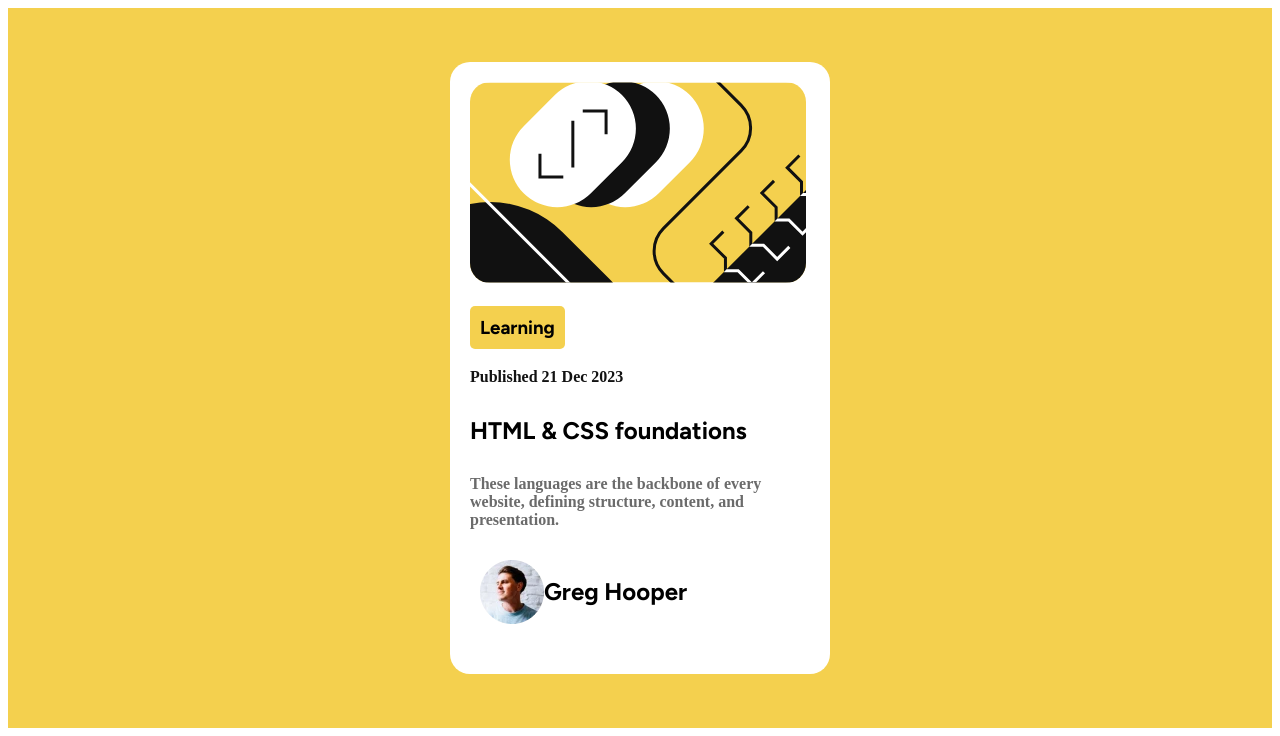
Repository: reemoon-ctrl/blog-preview-card
Page: index.html
These files come from the project's save history. The page is drawn as it stood at one moment and after the next save; the edit follows.
The browser window is 1280 px wide. The pictures show the whole page.

Above is the page before, as saved 2024-07-19 14:48:13.

### index.html
<!DOCTYPE html>
<html>
    <head>
        <title>Frontend Mentor | Blog preview card</title>
        <link rel="stylesheet" href="index.css" />
        <style>
            @import url('https://fonts.googleapis.com/css2?family=Figtree:ital,wght@0,300..900;1,300..900&display=swap');
        </style>


    </head>
    <body>
        <article class="blog-card-article">
            <div class="blog-card">
                <img class="blog-img"src="img\illustration-article.svg" alt="illustration-article" />
                <h3 class="blog-category">Learning</h3>
                <b class="blog-date">Published 21 Dec 2023</b>
                <h1 class="blog-title">HTML & CSS foundations</h1>
                <b class="blog-discrip">These languages are the backbone of every website, defining structure, content, and presentation.</b>
                <h2 class="blog-author"><img  src="img\image-avatar.webp" alt="Greg Hooper avatar"/>Greg Hooper</h2>
            </div>
        </article>

    </body>
</html>

### index.css
.blog-card-article{
    min-height: 100vh;
    display: flex;
    align-items:center;
    justify-content: center;
    background-color: hsl(47, 88%, 63%);


}

.blog-card{
    background-color: white;
    padding: 20px;
    border-radius: 20px;
    flex-basis: 340px;
}

.blog-img{
    border-radius: 20px;


}

.blog-category{

    background-color: hsl(47, 88%, 63%);
    width:fit-content;
    border-radius: 5px;
    padding: 10px 10px;
    font-family: "Figtree", sans-serif;
    font-optical-sizing: auto;
    font-weight: 500px;
    font-style: normal;



}

.blog-date{
    color: hsl(0, 0%, 7%);

}

.blog-title{
    padding: 10px 0;
    font-family: "Figtree", sans-serif;
    font-optical-sizing: auto;
    font-weight: 900px;
    font-style: normal;

}
.blog-discrip{
    color:hsl(0, 0%, 42%);

}

.blog-author{
    display: flex;
    align-items:center;
    padding: 10px 10px;
    font-family: "Figtree", sans-serif;
    font-optical-sizing: auto;
    font-weight: 500px;
    font-style: normal;

}

After the next save:
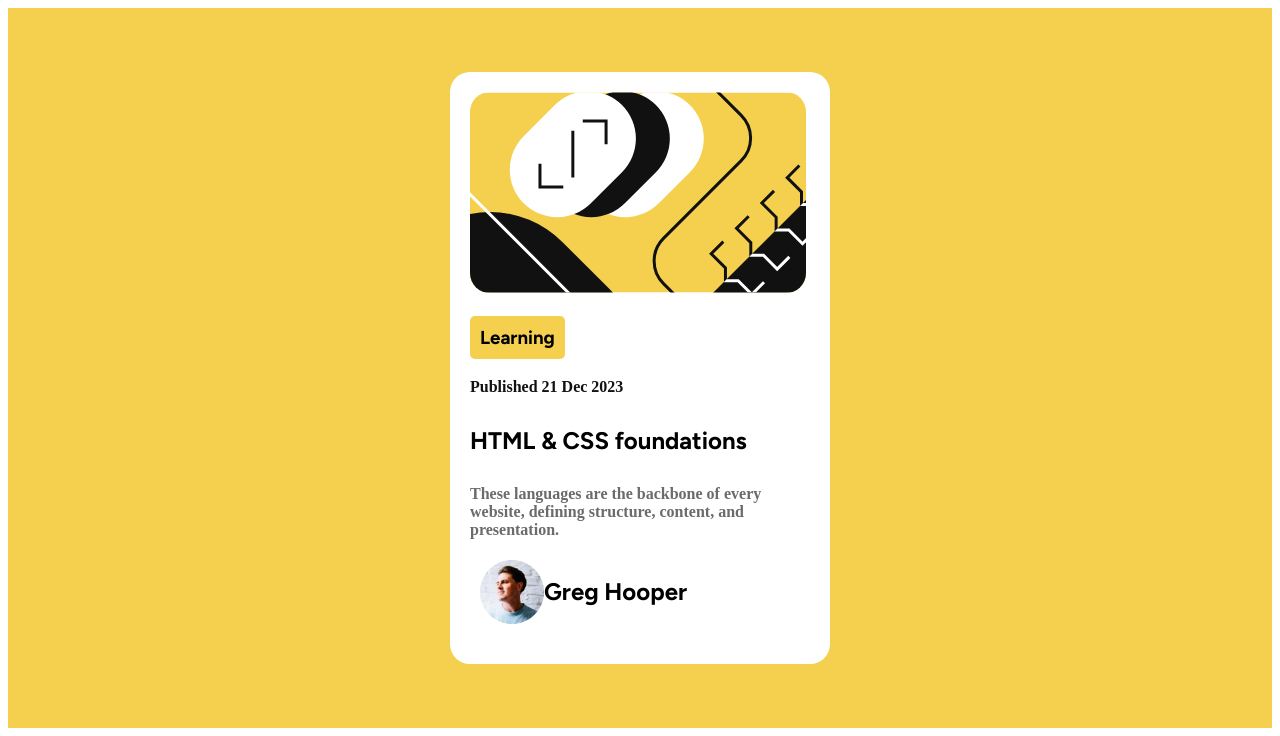
Saved 45 s later.
--- a/index.css
+++ b/index.css
@@ -57,7 +57,7 @@
 .blog-author{
     display: flex;
     align-items:center;
-    padding: 10px 10px;
+    padding: 0px 10px;
     font-family: "Figtree", sans-serif;
     font-optical-sizing: auto;
     font-weight: 500px;

After the save that followed:
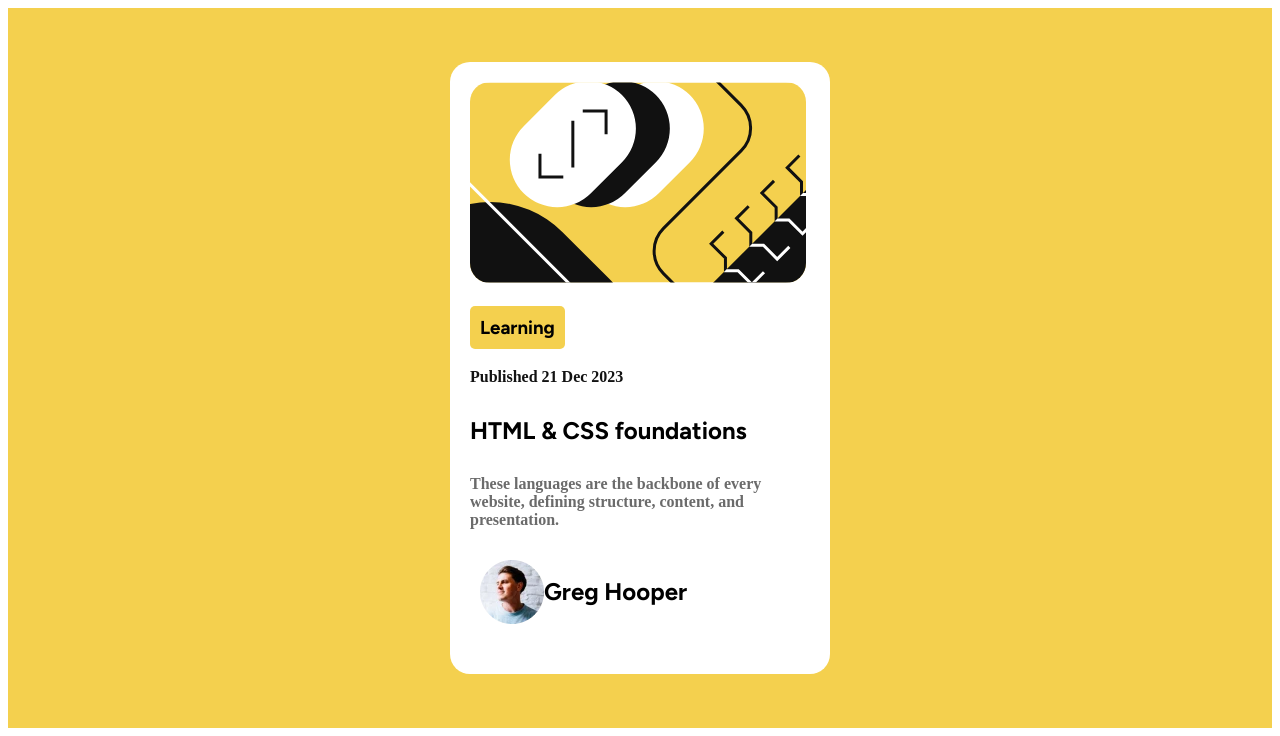
Saved 8 s later.
--- a/index.css
+++ b/index.css
@@ -57,7 +57,7 @@
 .blog-author{
     display: flex;
     align-items:center;
-    padding: 0px 10px;
+    padding: 10px 10px;
     font-family: "Figtree", sans-serif;
     font-optical-sizing: auto;
     font-weight: 500px;
